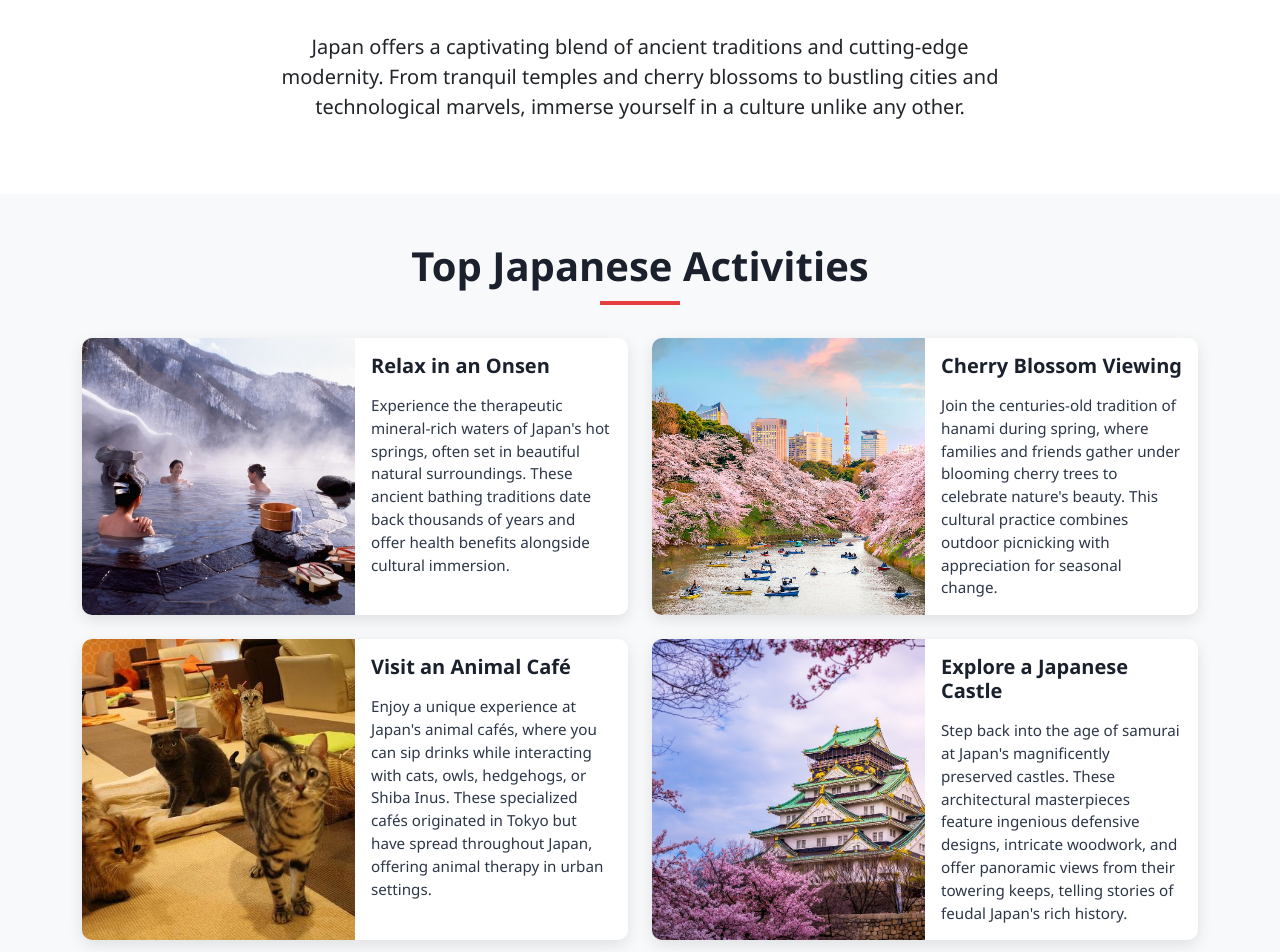
Repository: urielaracena/softwareDev
Page: project1/project1.html
An editor plug-in stored every save of this project. The page is shown before and after the next save, followed by the edit.
The browser window is 1280 px wide. The pictures show the part of the page from y = 832 to 1784 px (the page is 3520 px tall before and 4717 px after).
A picture or video elsewhere on the page could not be fetched, so the positions and the page height are approximate. Backgrounds fixed to the window are drawn as part of the page.

Above is the page before, as saved 2025-04-20 07:36:33.

After the next save:
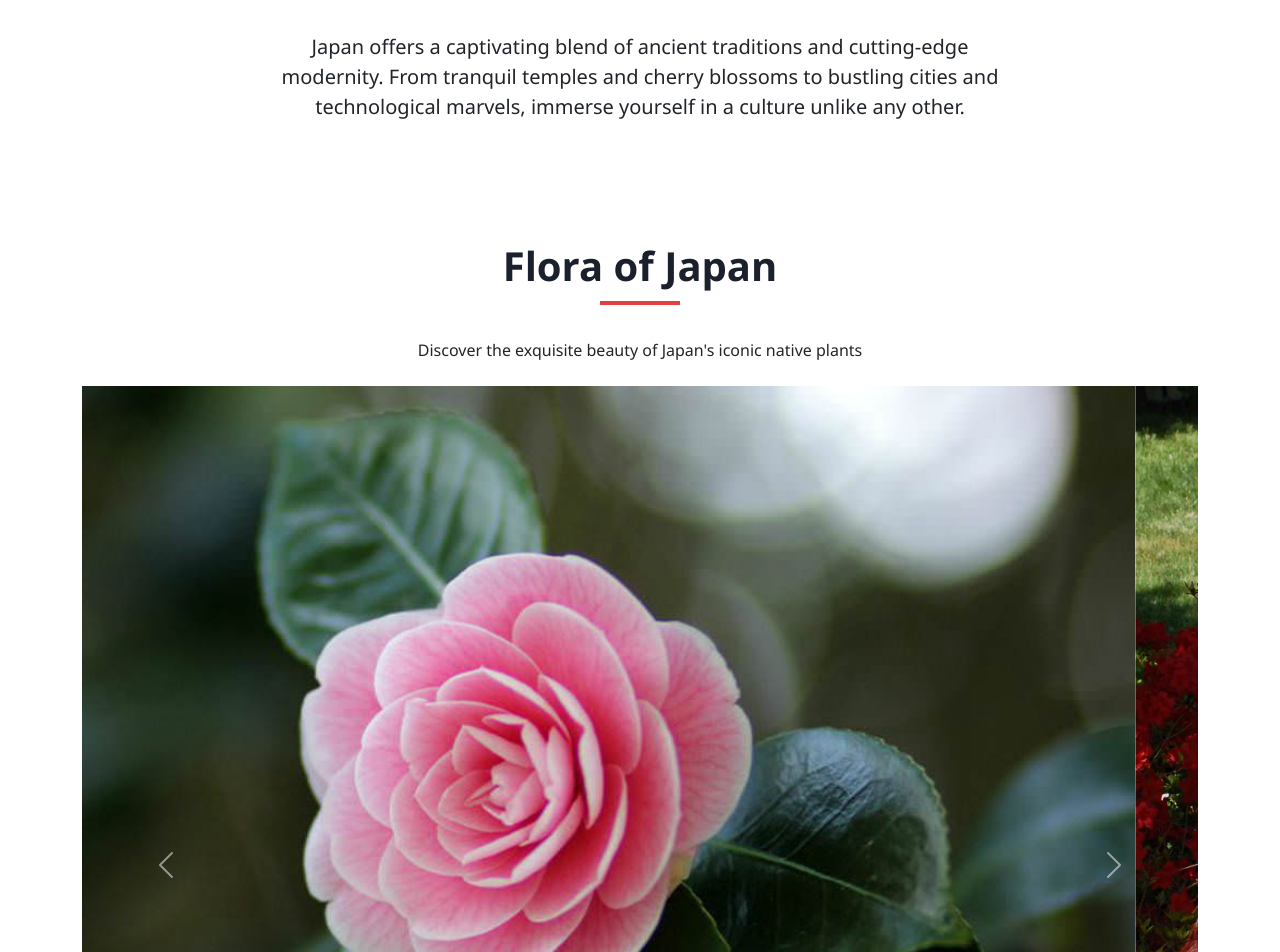
Saved 75 s later.
--- a/project1/project1.html
+++ b/project1/project1.html
@@ -56,6 +56,78 @@
         </div>
     </section>
 
+    <!-- Enhanced Carousel Section -->
+    <section class="carousel-section py-5">
+        <div class="container">
+            <h2 class="section-title">Flora of Japan</h2>
+            <p class="text-center mb-4">Discover the exquisite beauty of Japan's iconic native plants</p>
+        </div>
+
+        <div class="container carousel-container">
+            <div id="japanFlowerCarousel" class="carousel slide" data-bs-ride="carousel">
+                <div class="carousel-indicators">
+                    <button type="button" data-bs-target="#japanFlowerCarousel" data-bs-slide-to="0" class="active" aria-current="true" aria-label="Japanese Camellia"></button>
+                    <button type="button" data-bs-target="#japanFlowerCarousel" data-bs-slide-to="1" aria-label="Japanese Maple"></button>
+                    <button type="button" data-bs-target="#japanFlowerCarousel" data-bs-slide-to="2" aria-label="Japanese Iris"></button>
+                    <button type="button" data-bs-target="#japanFlowerCarousel" data-bs-slide-to="3" aria-label="Japanese Peony"></button>
+                    <button type="button" data-bs-target="#japanFlowerCarousel" data-bs-slide-to="4" aria-label="Japanese Nandina"></button>
+                </div>
+                <div class="carousel-inner">
+                    <div class="carousel-item active">
+                        <div class="carousel-image-container">
+                            <img src="images/japanese-camellia.jpg" class="d-block w-100" alt="Japanese Camellia">
+                        </div>
+                        <div class="carousel-caption">
+                            <h5>Japanese Camellia</h5>
+                            <p>Known as 'Tsubaki' in Japan, this winter-flowering plant symbolizes divine protection</p>
+                        </div>
+                    </div>
+                    <div class="carousel-item">
+                        <div class="carousel-image-container">
+                            <img src="images/japanese-maple.jpg" class="d-block w-100" alt="Japanese Maple">
+                            <h5>Japanese Maple</h5>
+                            <p>The 'Momiji' is famous for its stunning autumn colors across Japanese gardens</p>
+                        </div>
+                    </div>
+                    <div class="carousel-item">
+                        <div class="carousel-image-container">
+                            <img src="images/japanese-iris.jpeg" class="d-block w-100" alt="Japanese Iris">
+                        </div>
+                        <div class="carousel-caption">
+                            <h5>Japanese Iris</h5>
+                            <p>The elegant 'Hanashobu' blooms during early summer in wetland areas</p>
+                        </div>
+                    </div>
+                    <div class="carousel-item">
+                        <div class="carousel-image-container">
+                            <img src="images/japanese-peony.jpg" class="d-block w-100" alt="Japanese Peony">
+                        </div>
+                        <div class="carousel-caption">
+                            <h5>Japanese Peony</h5>
+                            <p>'Botan' flowers represent prosperity and honor in Japanese culture</p>
+                        </div>
+                    </div>
+                    <div class="carousel-item">
+                        <div class="carousel-image-container">
+                            <img src="images/japanese-nandina.jpg" class="d-block w-100" alt="Japanese Nandina">
+                        </div>
+                        <div class="carousel-caption">
+                            <h5>Japanese Nandina</h5>
+                            <p>Called 'Nanten' in Japan, this plant is believed to ward off bad luck</p>
+                        </div>
+                    </div>
+                </div>
+                <button class="carousel-control-prev" type="button" data-bs-target="#japanFlowerCarousel" data-bs-slide="prev">
+                    <span class="carousel-control-prev-icon" aria-hidden="true"></span>
+                    <span class="visually-hidden">Previous</span>
+                </button>
+                <button class="carousel-control-next" type="button" data-bs-target="#japanFlowerCarousel" data-bs-slide="next">
+                    <span class="carousel-control-next-icon" aria-hidden="true"></span>
+                    <span class="visually-hidden">Next</span>
+                </button>
+            </div>
+        </div>
+    </section>
 
     <!-- Activities Section -->
     <section id="activities" class="category-section py-5">
